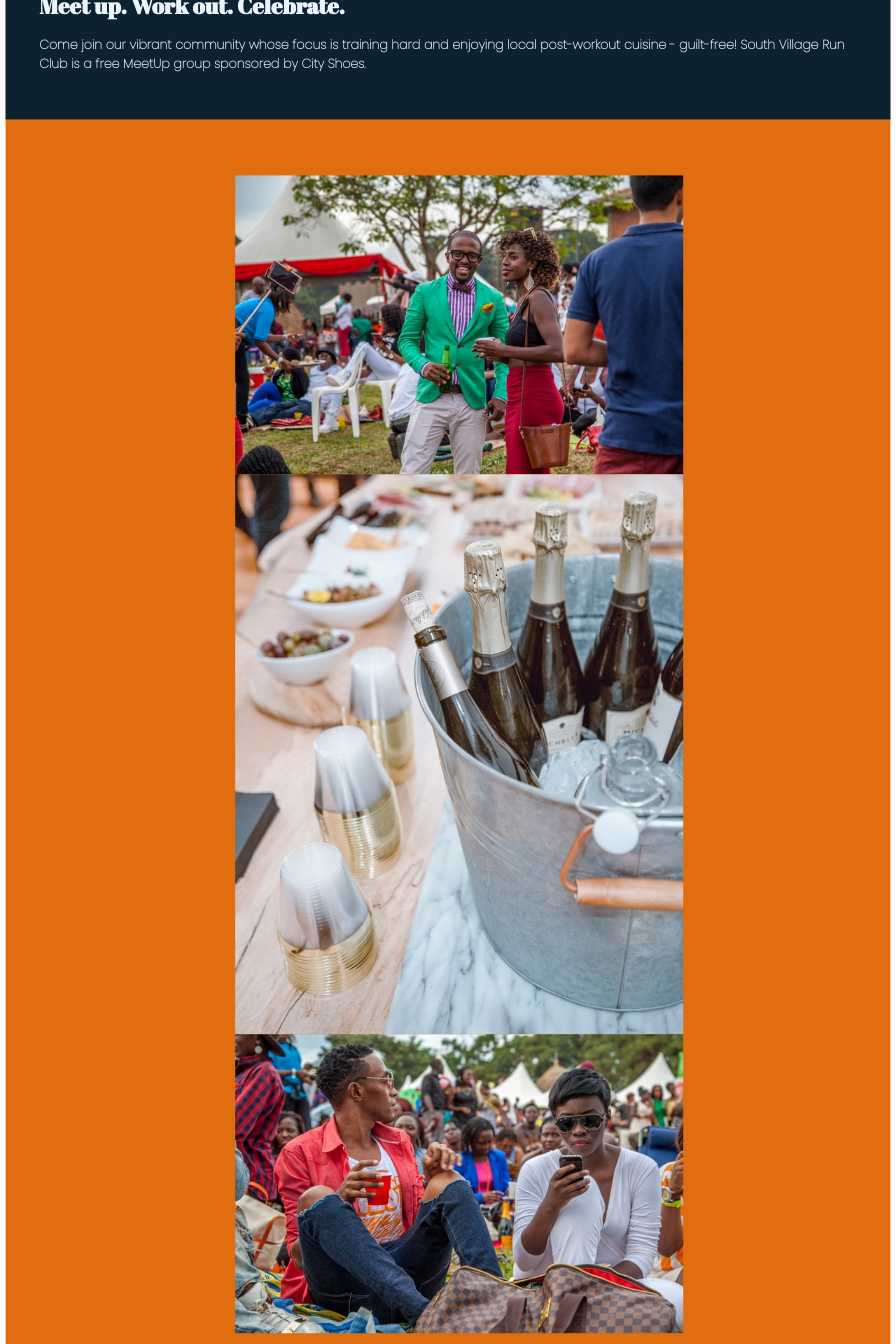
Repository: lastbronx41/lastbronx41.github.io
Page: starting/index.html
These files come from the project's save history. The page is drawn as it stood at one moment and after a run of saves; the edit follows.
The browser window is 1280 px wide. The pictures show the part of the page from y = 1092 to 3012 px (the page is 3068 px tall before and 3036 px after), at 70% of full size.
Some web fonts or font styles are not loaded; a fallback is used.

Above is the page before, as saved 2022-07-19 05:00:04.

After the next 2 saves:
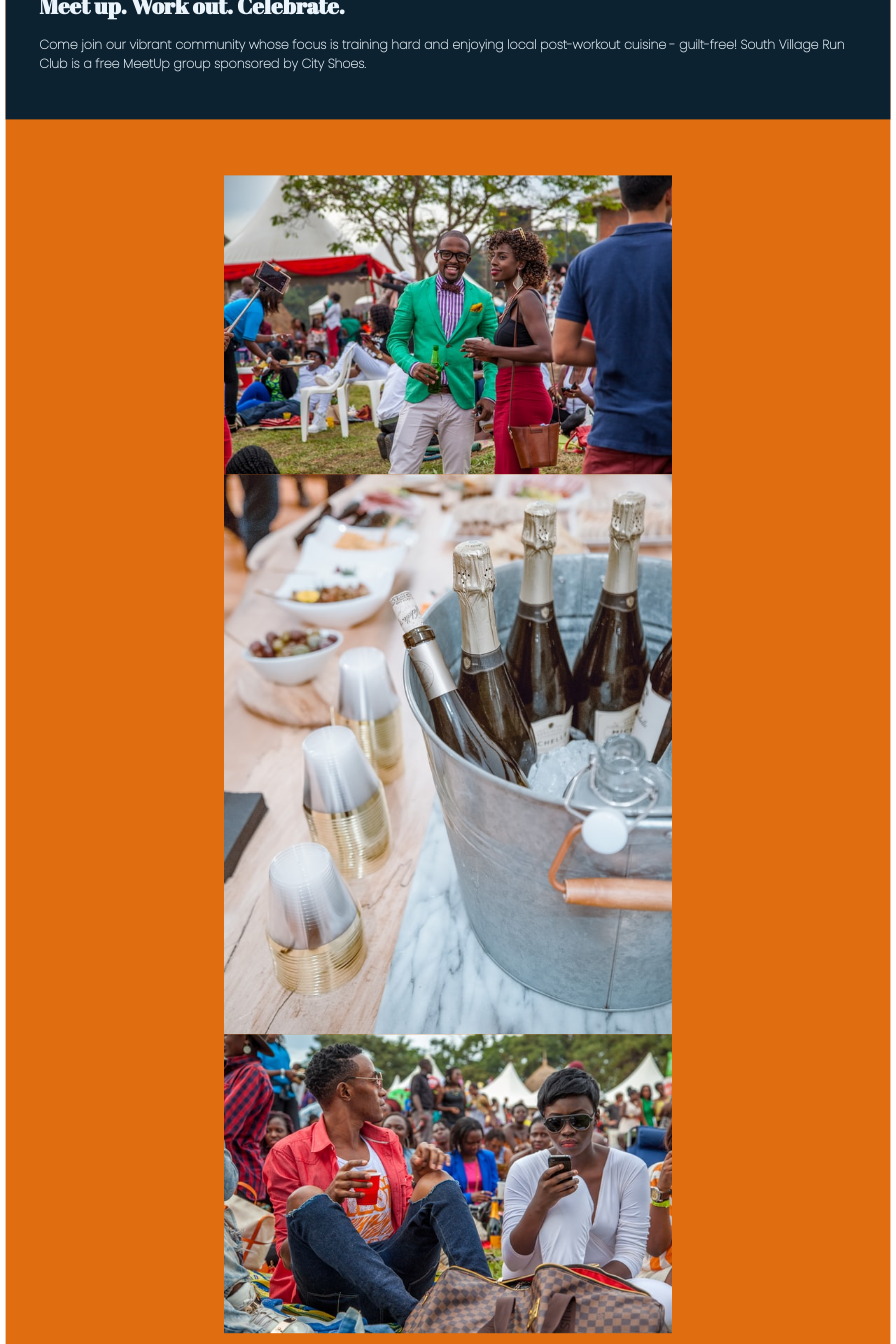
The 2 saves are shown as one change because they came seconds apart.
The last was saved 9 s later.
--- a/starting/styles.css
+++ b/starting/styles.css
@@ -67,5 +67,5 @@
    flex-direction: column;
    min-height: 100%;
    margin: 1rem auto;
-   padding: 1rem 1rem 3rem 3rem;
+   padding: 1rem 2rem;
 }
